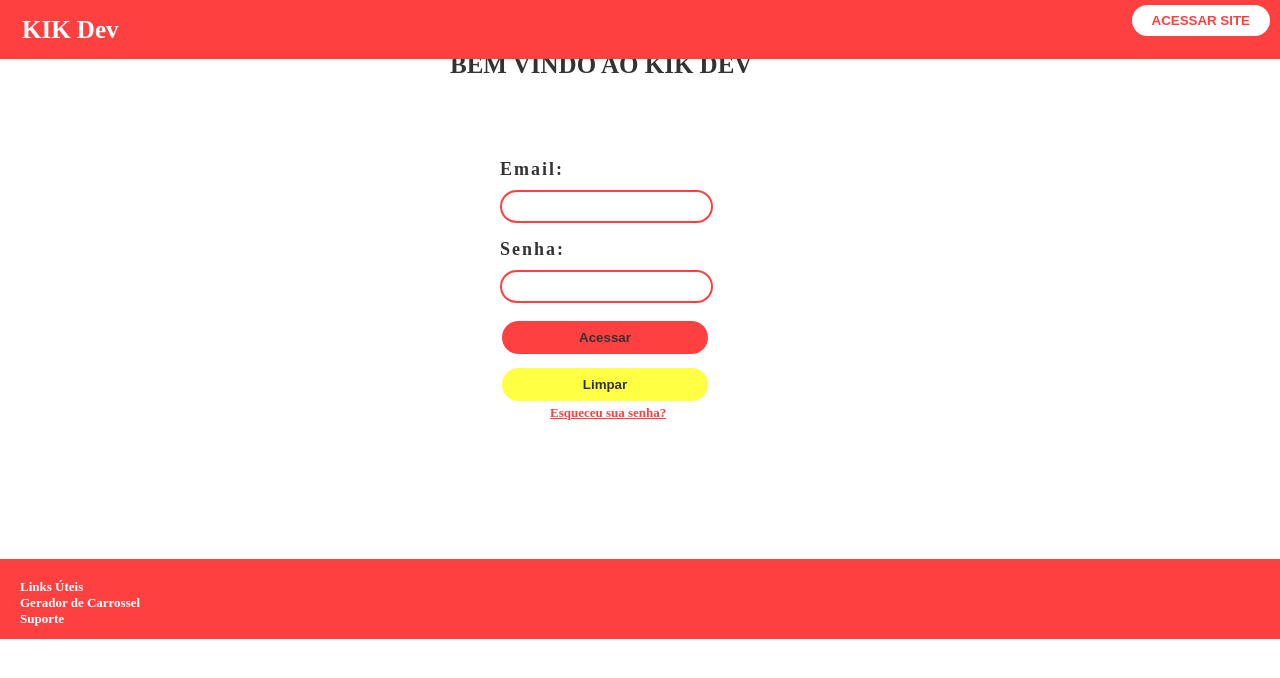
Repository: devgabrielvieira/kikdev
Page: index.html
These files come from the project's save history. The page is drawn as it stood at one moment and after the next save; the edit follows.
The browser window is 1280 px wide. The pictures show the whole page.

Above is the page before, as saved 2022-10-30 20:27:50.

### index.html
<!DOCTYPE html>
<html lang="pt-br">

<head>
    <meta charset="UTF-8">
    <meta http-equiv="X-UA-Compatible" content="IE=edge">
    <meta name="viewport" content="width=device-width, initial-scale=1.0">
    <link rel="shortcut icon" href="imagens/favicon.ico" type="image/x-icon">
    <link rel="stylesheet" href="style.css">
    <link rel="stylesheet" href="style-mobile.css">
    <script src="script_processo.js"></script>
    <title>KIK Dev</title>

</head>

<body id="pag_processos" onload="dimensaoTela()">

    <div class="header-index">
        <a href="#Default" class="logo">KIK Dev</a>

        <button type="submit" name="name" class="button-right"><strong>ACESSAR SITE</strong></a></button>

    </div>
    <div class="conteudo">
        <!--abrimos a div conteúdo-->

        <h3 style='margin-top: -20px';>BEM VINDO AO KIK DEV</h3>

        <div class="login">
            <label for="username">Email:</label>
            <input type="text" id="username" name="username">
            <label for="pass">Senha:</label>
            <input type="password" id="pass" name="password" minlength="8" required>
            <input class="btn-acessar" type="submit" value="Acessar">
            <input class="btn-limpar" type="reset" value="Limpar">
        </div>
        <a href="recuperar-senha.html" target="_self" rel="next" class="href">Esqueceu sua senha?</a>
    </div>
    <!--aqui fechamos a div conteudo-->

    <footer class="footer">
        <strong>
            <p>Links Úteis</p>
        </strong>
        <strong>
            <p>Gerador de Carrossel</p>
        </strong>
        <strong>
            <p>Suporte</p>
        </strong>
    </footer>

</body>

</html>

### style.css
@charset "UTF-8";

* {
  margin: 0;
  padding: 0;
}

html {
  margin: 0;
  padding: 0;
}

.header {
  overflow: hidden;
  background-color: #ff4040;
  padding: 20px 10px;
}

.header a {
  float: left;
  color: #fff;
  text-align: center;
  padding: 12px;
  text-decoration: none;
  font-size: 18px;
  line-height: 25px;
  border-radius: 4px;
}

.header a.logo {
  font-size: 25px;
  font-weight: bold;
}

.header a:hover {
  background-color: #ddd;
  color: #333333;
}

.header a.active {
  background-color: #d8d7d7;
  color: #fff;
}

.header-right {
  float: right;
}

.button-right {
  float: right;
  padding: 8px 20px;
  border: #d8d7d7;
  border-radius: 50px;
  color: #ff4040;
  background-color: #fff;
}

.header-index {
  overflow: hidden;
  background-color: #ff4040;
  padding: 5px 10px;
}

.header-index a {
  float: left;
  color: #fff;
  text-align: center;
  padding: 12px;
  text-decoration: none;
  font-size: 18px;
  line-height: 25px;
  border-radius: 4px;
}

.header-index a.logo {
  font-size: 25px;
  font-weight: bold;
}

.header-index a:hover {
  background-color: #ddd;
  color: #333333;
}

.header-index a.active {
  background-color: #d8d7d7;
  color: #fff;
}

.conteudo {
  width: 100%;
  height: 450px;
  overflow: hidden;
  background-color: #fff;
}

/* .conteudo img {
    width: 100%;
    background-color: #fff;
    margin: 2px 0 0 0;
    padding: 0;
    position: relative;
    height: 15.5rem;
} */

.footer {
  width: auto;
  background-color: #ff4040;
  padding: 20px 10px;
  position: relative;
  height: 2.5rem;
  bottom: -50px;
}

p {
  font-size: 13px;
  margin: 0 0 0 10px;
  float: none;
  overflow: hidden;
  color: #fff;
}

label {
  margin: 10px 50px 0 500px;
  display: block;
  letter-spacing: 2px;
  font-size: 18px;
  color: #333333;
  margin-bottom: 3px;
  font-weight: bold;
}

input[type="submit"],
label {
  margin: 10px 50px 0 500px;
  margin-top: 1rem;
  color: #333333;
}

input {
  margin: 10px 50px 0 500px;
  caret-color: #222;
  color: #333333;
  border: 2px solid #ff4040;
  border-radius: 36px;
  padding: 7px 15px;
  text-align: center;
  font-weight: bold;
}

input:hover {
  border: 2px solid #a0a0a0;
}

.login {
  margin: 80px 0 0 0;
  width: -100%;
}

.btn-acessar {
  margin: 10px 50px 0 500px;
  background: #ff4040;
  border: 2px solid #fff;
  padding: 9px 15px;
  width: 210px;
  max-width: 100%;
}

.btn-limpar {
  margin: 10px 50px 0 500px;
  background: #ff4;
  border: 2px solid #fff;
  padding: 9px 15px;
  width: 210px;
  max-width: 100%;
}

.href {
  margin: 10px 50px 0 500px;
  padding: 19px 50px;
  font-size: 13px;
  font-weight: bold;
  color: #ff4040;
  text-align: center;
  max-width: 100%;
}

h3 {
  font-size: 25px;
  width: 100%;
  display: inline-block;
  margin: 5px 5px 0 450px;
  color: #333333;
}

### style-mobile.css
@charset "UTF-8";

@media screen and (max-width: 1200px) {
  * {
    margin: 0;
    padding: 0;
  }

  html {
    margin: 0;
    padding: 0;
  }

  .header-index {
    overflow: hidden;
    background-color: #ff4040;
    padding: 10px 15px;
    height: 5.5rem;
    width: 100%;
  }

  .header a {
    float: none;
    display: block;
    text-align: left;
  }

  .header-index a {
    float: none;
    display: block;
    text-align: left;
  }

  .header-right {
    float: none;
  }

  .button-right {
    float: none;
  }

  .footer {
    float: none;
    bottom: -280px;
    overflow: hidden;
    padding: 10px 15px;
    height: 5.5rem;
    width: 100%;
  }

  /* .conteudo img {
        float: none;
        display: block;
        position: absolute;
        width: 100%;
        background-color: #fff;
        margin: 2px 0 0 0;
        height: 10rem;
    } */

  .login {
    width: 50%;
    display: inline-block;
  }

  label {
    margin-left: 50%;
    margin-bottom: 3px;
    display: block;
    letter-spacing: 2px;
    font-size: 18px;
    color: #333333;
    font-weight: bold;
  }

  input[type="submit"],
  label {
    margin-left: 50%;
    margin-top: 1rem;
    color: #333333;
  }

  input {
    margin-left: 50%;
    caret-color: #222;
    color: #333333;
    border: 2px solid #ff4040;
    border-radius: 36px;
    padding: 7px 15px;
    text-align: center;
    font-weight: bold;
  }

  input:hover {
    border: 2px solid #a0a0a0;
  }

  .href {
    margin-left: 30%;
    font-size: 13px;
    font-weight: bold;
    color: #ff4040;
    text-align: center;
    width: 100%;
    padding: 2rem;
  }

  .btn-acessar {
    margin-left: 50%;
    margin-right: 50%;
    background: #ff4040;
    border: 2px solid #fff;
    padding: 9px 15px;
    width: 210px;
    max-width: 100%;
  }

  .btn-limpar {
    margin-left: 50%;
    margin-right: 50%;
    background: #ff4;
    border: 2px solid #fff;
    padding: 9px 15px;
    width: 210px;
    max-width: 100%;
  }

  h3 {
    font-size: 25px;
    width: 100%;
    display: inline-block;
    margin-bottom: 0.5rem;
    margin-left: 15%;
    color: #333333;
  }
}

### script_processo.js
function dimensaoTela(){
    var heightTela = window.innerHeight;
    var widthTela = window.innerWidth;

    document.getElementById('pag_processos').style.minHeight = heightTela+'px';
}

After the next save:
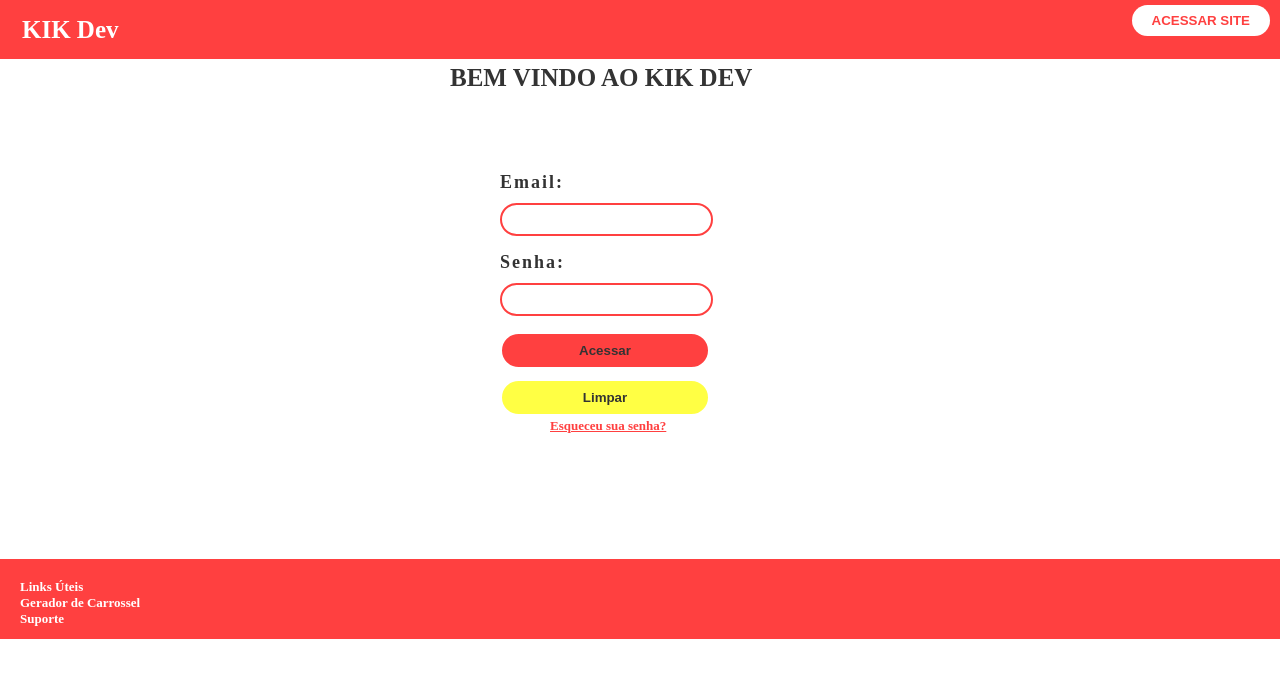
Saved 31 s later.
--- a/index.html
+++ b/index.html
@@ -24,7 +24,7 @@
     <div class="conteudo">
         <!--abrimos a div conteúdo-->
 
-        <h3 style='margin-top: -20px';>BEM VINDO AO KIK DEV</h3>
+        <h3>BEM VINDO AO KIK DEV</h3>
 
         <div class="login">
             <label for="username">Email:</label>

After the save that followed:
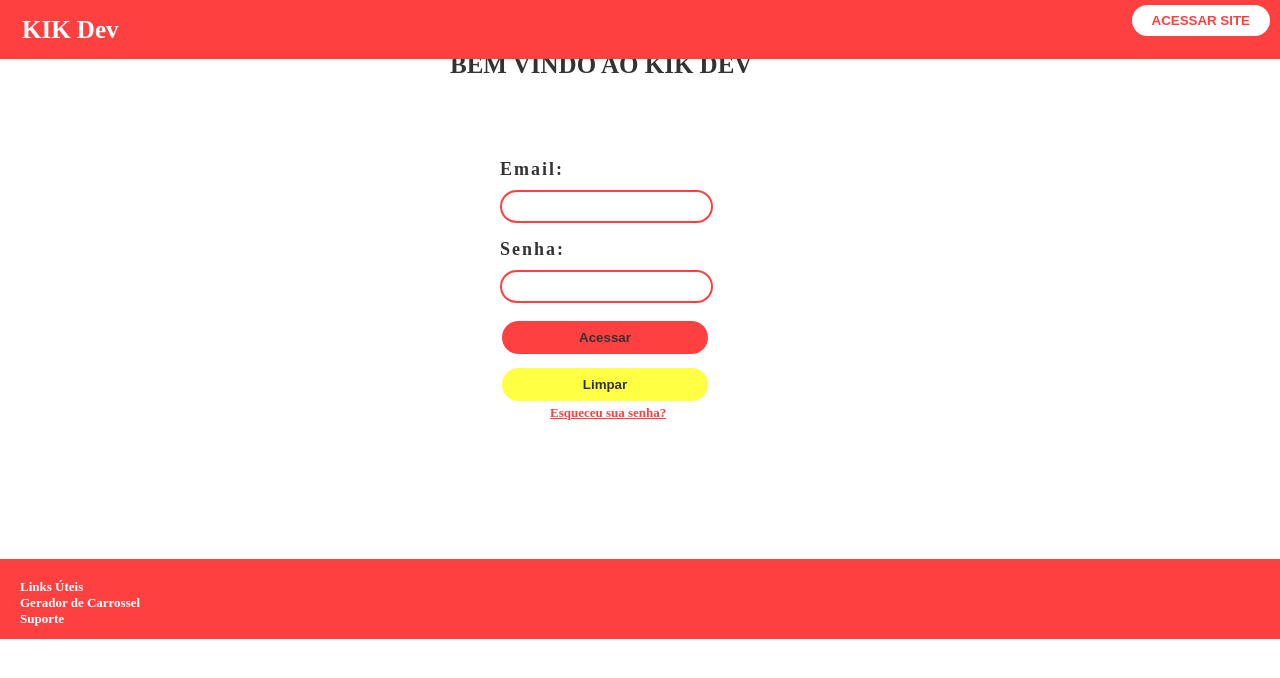
Saved 9 s later.
--- a/index.html
+++ b/index.html
@@ -24,7 +24,7 @@
     <div class="conteudo">
         <!--abrimos a div conteúdo-->
 
-        <h3>BEM VINDO AO KIK DEV</h3>
+        <h3 style='margin-top: -20px';>BEM VINDO AO KIK DEV</h3>
 
         <div class="login">
             <label for="username">Email:</label>
